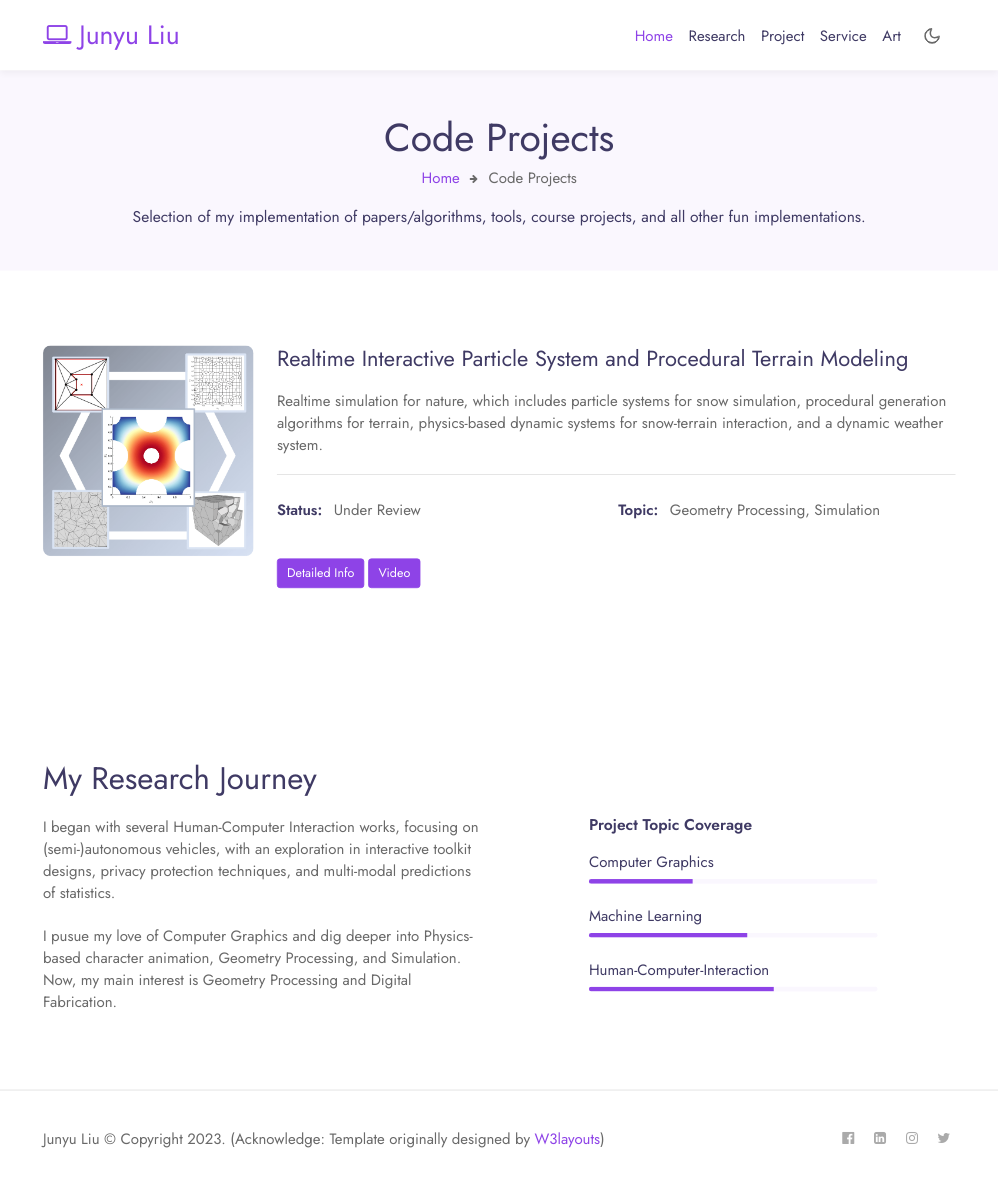
Repository: Junyu-Liu-Nate/junyu-liu-nate.github.io
Page: project.html
These files come from the project's save history. The page is drawn as it stood at one moment and after the next save; the edit follows.
The browser window is 1280 px wide. The pictures show the whole page, at 78% of full size.

Above is the page before, as saved 2024-04-10 18:03:23.
Console error: TypeError: Cannot read properties of null (reading 'classList')

### project.html
<!--
Author: Junyu Liu
Author: W3layouts
Author URL: http://w3layouts.com
-->
<!doctype html>
<html lang="en">

<head>
  <!-- Required meta tags -->
  <meta charset="utf-8">
  <meta name="viewport" content="width=device-width, initial-scale=1, shrink-to-fit=no">

  <title>Junyu Liu - Projects</title>

  <!-- google fonts -->
  <link href="//fonts.googleapis.com/css2?family=Jost:wght@300;400;600&display=swap" rel="stylesheet">

  <!-- Template CSS -->
  <link rel="stylesheet" href="assets/css/style-starter.css">
</head>

<body>
<!-- header -->
<header id="site-header" class="fixed-top">
  <div class="container">
      <nav class="navbar navbar-expand-lg stroke">
          <a class="navbar-brand" href="index.html">
              <span class="fa fa-laptop"></span> Junyu Liu
          </a>
          <!-- if logo is image enable this
      <a class="navbar-brand" href="#index.html">
          <img src="image-path" alt="Your logo" title="Your logo" style="height:35px;" />
      </a> -->
          <button class="navbar-toggler  collapsed bg-gradient" type="button" data-toggle="collapse"
              data-target="#navbarTogglerDemo02" aria-controls="navbarTogglerDemo02" aria-expanded="false"
              aria-label="Toggle navigation">
              <span class="navbar-toggler-icon fa icon-expand fa-bars"></span>
              <span class="navbar-toggler-icon fa icon-close fa-times"></span>
              </span>
          </button>

          <div class="collapse navbar-collapse" id="navbarTogglerDemo02">
            <ul class="navbar-nav ml-auto">
                <li class="nav-item active">
                    <a class="nav-link" href="index.html">Home <span class="sr-only">(current)</span></a>
                </li>
                <li class="nav-item @@research_active">
                    <a class="nav-link" href="research.html">Research</a>
                </li>
                <li class="nav-item @@project_active">
                  <a class="nav-link" href="project.html">Project</a>
                </li>
                <li class="nav-item @@service_active">
                  <a class="nav-link" href="service.html">Service</a>
                </li>
                <li class="nav-item @@art_active">
                    <a class="nav-link" href="art.html">Art</a>
                </li>
            </ul>
        </div>
          <!-- toggle switch for light and dark theme -->
          <div class="mobile-position">
              <nav class="navigation">
                  <div class="theme-switch-wrapper">
                      <label class="theme-switch" for="checkbox">
                          <input type="checkbox" id="checkbox">
                          <div class="mode-container">
                              <i class="gg-sun"></i>
                              <i class="gg-moon"></i>
                          </div>
                      </label>
                  </div>
              </nav>
          </div>
          <!-- //toggle switch for light and dark theme -->
      </nav>
  </div>
</header>
<!-- //header -->

<!-- about breadcrumb -->
<section class="w3l-about-breadcrumb text-center">
    <div class="breadcrumb-bg breadcrumb-bg-about py-sm-5 py-4">
        <div class="container py-2">
            <h2 class="title">Code Projects</h2>
            <ul class="breadcrumbs-custom-path mt-2">
                <li><a href="index.html">Home</a></li>
                <li class="active"><span class="fa fa-arrow-right mx-2" aria-hidden="true"></span> Code Projects </li>
            </ul>
            <br>
            <h5>Selection of my implementation of papers/algorithms, tools, course projects, and all other fun implementations.</h5>
        </div>
    </div>
</section>
<!-- //about breadcrumb -->

<!-- about page about section -->
<section class="w3l-aboutblock1" id="about">
    <div class="midd-w3 py-5">
        <div class="container py-lg-5 py-md-3">
              <div class="row">
                <div class="col-lg-3">
                  <div class="position-relative">
                      <img src="assets/images/project/thumnail/port-FEM-vs-VEM.png" alt="" class="radius-image img-fluid">
                  </div>
                </div>
                <div class="col-lg-9 mt-lg-0 mt-5">
                    <!-- <h5 class="title-small mb-2">Hello, I am UI/UX Designer</h5> -->
                    <h3 class="title">Realtime Interactive Particle System and Procedural Terrain Modeling</h3>
                    <p class="mt-4">
                      Realtime simulation for nature, which includes particle systems for snow simulation, procedural generation algorithms for terrain, physics-based dynamic systems for snow-terrain interaction, and a dynamic weather system.
                    </p>
                    <!-- <p class="mt-4">Proposed, developed and validated the first formalization method of Feint actions, the Palindrome-directed Generation of Feint. Designed and developed an automatic Feint generation model, FeintNet, to incorporate action-level policy designs with the formalization, enabling the effectiveness of Feint in multi-agent scenarios. The experiment results show that Feint actions brings overall benefits and introduce a great extent of diversity in Multi-Player Games.</p> -->
                    <div class="my-info mt-4">
                        <div class="single-info"><span>Status:</span>
                            <p>Under Review</p>
                        </div>
                        <div class="single-info"><span>Topic:</span>
                          <p>Geometry Processing, Simulation</p>
                        </div>
                    </div>
                    <div class="mt-sm-5 mt-4">
                      <a href="projects/Polygedral.html" class="btn btn-primary">Detailed Info</a>
                      <a href="https://youtu.be/e83U_-0MTHk" class="btn btn-primary">Video</a>
                      <!-- <a href="#download" class="btn btn-primary">Paper</a> -->
                      <!-- <a href="#download" class="btn btn-primary">Code</a> -->
                      <!-- <a href="#download" class="btn btn-primary">Video</a> -->
                    </div>
                    <!-- <div class="my-social mt-lg-3 mt-4">
                        <a href="#download" class="btn btn-style btn-primary">Detailed Info</a>
                        <ul class="social m-0 p-0">
                            <a href="#download" class="btn btn-outline-primary btn-style mr-2">Website</a>
                            <a href="#download" class="btn btn-outline-primary btn-style mr-2">Paper</a>
                            <a href="#download" class="btn btn-outline-primary btn-style mr-2">Code</a>
                        </ul>
                    </div> -->
                </div>
            </div>

            <!-- <p><br>-----------------------------------------------------------------------------------------------------------------------------------------------------------------------------------<br><br></p> -->
            <p><br></p>

        </div>
    </div>
</section>
<!-- //about page about section -->

<!-- about page third section -->
<section class="w3l-content-6 py-5">
    <div class="content-6-mian py-lg-5 py-md-4">
        <div class="container">
            <div class="content-info-in row">
                <div class="content-gd col-lg-6">
                    <h3 class="title-big mb-4">My Research Journey</h3>
                    <p>
                      I began with several Human-Computer Interaction works, focusing on (semi-)autonomous vehicles, with an exploration in interactive toolkit designs, privacy protection techniques, and multi-modal predictions of statistics.
                      <br><br>

                      I pusue my love of Computer Graphics and dig deeper into Physics-based character animation, Geometry Processing, and Simulation. Now, my main interest is Geometry Processing and Digital Fabrication.
                    </p>
                </div>
                <div class="content-gd col-lg-4 offset-lg-1">
                    <br><br><br>
                    <h5><b>Project Topic Coverage</b></h5><br>
                    <div class="progress-info">
                        <h6 class="progress-tittle">Computer Graphics</h6>
                        <div class="progress">
                            <div class="progress-bar progress-bar-striped" role="progressbar" style="width: 36%"
                                aria-valuenow="36" aria-valuemin="0" aria-valuemax="100">
                            </div>
                        </div>
                    </div>
                    <div class="progress-info">
                        <h6 class="progress-tittle">Machine Learning
                        </h6>
                        <div class="progress">
                            <div class="progress-bar progress-bar-striped" role="progressbar" style="width: 55%"
                                aria-valuenow="55" aria-valuemin="0" aria-valuemax="100">
                            </div>
                        </div>
                    </div>
                    <div class="progress-info">
                        <h6 class="progress-tittle">Human-Computer-Interaction</h6>
                        <div class="progress">
                            <div class="progress-bar progress-bar-striped" role="progressbar" style="width: 64%"
                                aria-valuenow="64" aria-valuemin="0" aria-valuemax="100">
                            </div>
                        </div>
                    </div>
                </div>
            </div>
        </div>
    </div>
</section>
<!-- about page third section -->

<!-- Footer -->
<section class="w3l-footer py-sm-5 py-4">
  <div class="container">
    <div class="footer-content">
      <div class="row">
        <div class="col-lg-8 footer-left">
          <p class="m-0">Junyu Liu © Copyright 2023. (Acknowledge: Template originally designed by <a href="https://w3layouts.com">W3layouts</a>)</p>
        </div>
        <div class="col-lg-4 footer-right text-lg-right text-center mt-lg-0 mt-3">
          <ul class="social m-0 p-0">
            <li><a href="#facebook"><span class="fa fa-facebook-official"></span></a></li>
            <li><a href="#linkedin"><span class="fa fa-linkedin-square"></span></a></li>
            <li><a href="#instagram"><span class="fa fa-instagram"></span></a></li>
            <li><a href="#twitter"><span class="fa fa-twitter"></span></a></li>
          </ul>
        </div>
      </div>
    </div>
  </div>

  <!-- move top -->
  <button onclick="topFunction()" id="movetop" title="Go to top">
    <span class="fa fa-angle-up"></span>
  </button>
  <script>
    // When the user scrolls down 20px from the top of the document, show the button
    window.onscroll = function () {
      scrollFunction()
    };

    function scrollFunction() {
      if (document.body.scrollTop > 20 || document.documentElement.scrollTop > 20) {
        document.getElementById("movetop").style.display = "block";
      } else {
        document.getElementById("movetop").style.display = "none";
      }
    }

    // When the user clicks on the button, scroll to the top of the document
    function topFunction() {
      document.body.scrollTop = 0;
      document.documentElement.scrollTop = 0;
    }
  </script>
  <!-- /move top -->
</section>
<!-- //Footer -->

<!-- all js scripts and files here -->

<script src="assets/js/theme-change.js"></script><!-- theme switch js (light and dark)-->

<script src="assets/js/jquery-3.3.1.min.js"></script><!-- default jQuery -->

<!-- /typig-text-->
<script>
  const typedTextSpan = document.querySelector(".typed-text");
  const cursorSpan = document.querySelector(".cursor");

  const textArray = ["UI/UX Designer", "Freelancer", "Web developer"];
  const typingDelay = 200;
  const erasingDelay = 10;
  const newTextDelay = 100; // Delay between current and next text
  let textArrayIndex = 0;
  let charIndex = 0;

  function type() {
    if (charIndex < textArray[textArrayIndex].length) {
      if (!cursorSpan.classList.contains("typing")) cursorSpan.classList.add("typing");
      typedTextSpan.textContent += textArray[textArrayIndex].charAt(charIndex);
      charIndex++;
      setTimeout(type, typingDelay);
    } else {
      cursorSpan.classList.remove("typing");
      setTimeout(erase, newTextDelay);
    }
  }

  function erase() {
    if (charIndex > 0) {
      // add class 'typing' if there's none
      if (!cursorSpan.classList.contains("typing")) {
        cursorSpan.classList.add("typing");
      }
      typedTextSpan.textContent = textArray[textArrayIndex].substring(0, 0);
      charIndex--;
      setTimeout(erase, erasingDelay);
    } else {
      cursorSpan.classList.remove("typing");
      textArrayIndex++;
      if (textArrayIndex >= textArray.length) textArrayIndex = 0;
      setTimeout(type, typingDelay);
    }
  }

  document.addEventListener("DOMContentLoaded", function () { // On DOM Load initiate the effect
    if (textArray.length) setTimeout(type, newTextDelay + 250);
  });
</script>
<!-- //typig-text-->

<!-- services owlcarousel -->
<script src="assets/js/owl.carousel.js"></script>

<!-- script for services -->
<script>
  $(document).ready(function () {
    $('.owl-two').owlCarousel({
      loop: true,
      margin: 30,
      nav: false,
      responsiveClass: true,
      autoplay: false,
      autoplayTimeout: 5000,
      autoplaySpeed: 1000,
      autoplayHoverPause: false,
      responsive: {
        0: {
          items: 1,
          nav: false
        },
        480: {
          items: 1,
          nav: false
        },
        700: {
          items: 1,
          nav: false
        },
        1090: {
          items: 3,
          nav: false
        }
      }
    })
  })
</script>
<!-- //script for services -->

<!-- script for tesimonials carousel slider -->
<script>
  $(document).ready(function () {
    $("#owl-demo1").owlCarousel({
      loop: true,
      margin: 20,
      nav: false,
      responsiveClass: true,
      responsive: {
        0: {
          items: 1,
          nav: false
        },
        736: {
          items: 1,
          nav: false
        },
        1000: {
          items: 2,
          nav: false,
          loop: false
        }
      }
    })
  })
</script>
<!-- //script for tesimonials carousel slider -->

<!-- video popup -->
<script src="assets/js/jquery.magnific-popup.min.js"></script>
<script>
  $(document).ready(function () {
    $('.popup-with-zoom-anim').magnificPopup({
      type: 'inline',

      fixedContentPos: false,
      fixedBgPos: true,

      overflowY: 'auto',

      closeBtnInside: true,
      preloader: false,

      midClick: true,
      removalDelay: 300,
      mainClass: 'my-mfp-zoom-in'
    });

    $('.popup-with-move-anim').magnificPopup({
      type: 'inline',

      fixedContentPos: false,
      fixedBgPos: true,

      overflowY: 'auto',

      closeBtnInside: true,
      preloader: false,

      midClick: true,
      removalDelay: 300,
      mainClass: 'my-mfp-slide-bottom'
    });
  });
</script>
<!-- //video popup -->

<!-- stats number counter-->
<script src="assets/js/jquery.waypoints.min.js"></script>
<script src="assets/js/jquery.countup.js"></script>
<script>
  $('.counter').countUp();
</script>
<!-- //stats number counter -->

<!-- disable body scroll which navbar is in active -->
<script>
  $(function () {
    $('.navbar-toggler').click(function () {
      $('body').toggleClass('noscroll');
    })
  });
</script>
<!-- disable body scroll which navbar is in active -->

<!--/MENU-JS-->
<script>
  $(window).on("scroll", function () {
    var scroll = $(window).scrollTop();

    if (scroll >= 80) {
      $("#site-header").addClass("nav-fixed");
    } else {
      $("#site-header").removeClass("nav-fixed");
    }
  });

  //Main navigation Active Class Add Remove
  $(".navbar-toggler").on("click", function () {
    $("header").toggleClass("active");
  });
  $(document).on("ready", function () {
    if ($(window).width() > 991) {
      $("header").removeClass("active");
    }
    $(window).on("resize", function () {
      if ($(window).width() > 991) {
        $("header").removeClass("active");
      }
    });
  });
</script>
<!--//MENU-JS-->

<!-- bootstrap js -->
<script src="assets/js/bootstrap.min.js"></script>

</body>

</html>

Loaded but not shown: assets/css/style-starter.css (library); assets/js/theme-change.js (common file); assets/js/jquery-3.3.1.min.js (library); assets/js/owl.carousel.js (library); assets/js/jquery.magnific-popup.min.js (library); assets/js/jquery.waypoints.min.js (library); assets/js/jquery.countup.js (common file); assets/js/bootstrap.min.js (library)

After the next save:
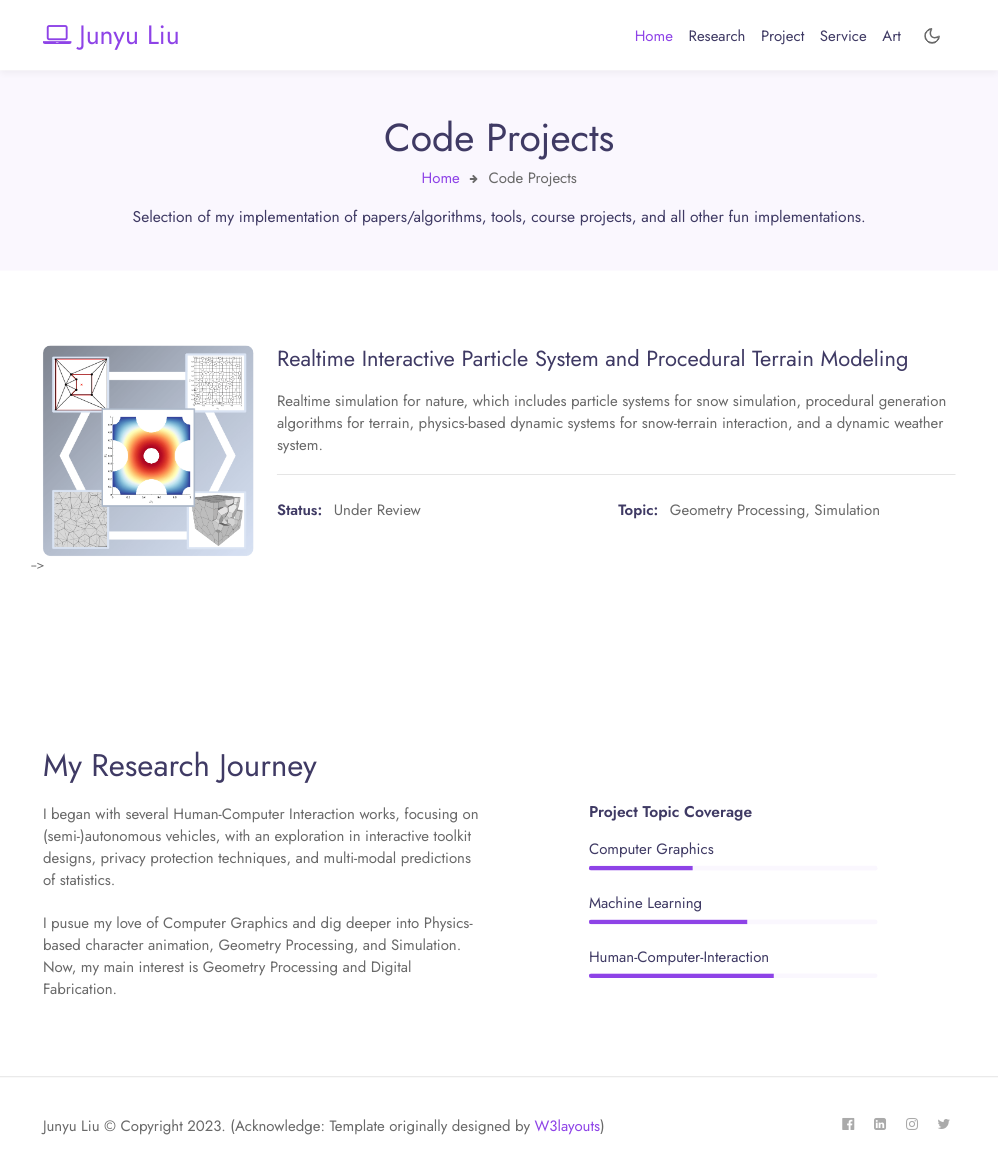
Saved 44 s later.
--- a/project.html
+++ b/project.html
@@ -120,13 +120,13 @@
                           <p>Geometry Processing, Simulation</p>
                         </div>
                     </div>
-                    <div class="mt-sm-5 mt-4">
+                    <!-- <div class="mt-sm-5 mt-4">
                       <a href="projects/Polygedral.html" class="btn btn-primary">Detailed Info</a>
                       <a href="https://youtu.be/e83U_-0MTHk" class="btn btn-primary">Video</a>
                       <!-- <a href="#download" class="btn btn-primary">Paper</a> -->
                       <!-- <a href="#download" class="btn btn-primary">Code</a> -->
                       <!-- <a href="#download" class="btn btn-primary">Video</a> -->
-                    </div>
+                    </div> -->
                     <!-- <div class="my-social mt-lg-3 mt-4">
                         <a href="#download" class="btn btn-style btn-primary">Detailed Info</a>
                         <ul class="social m-0 p-0">

After the save that followed:
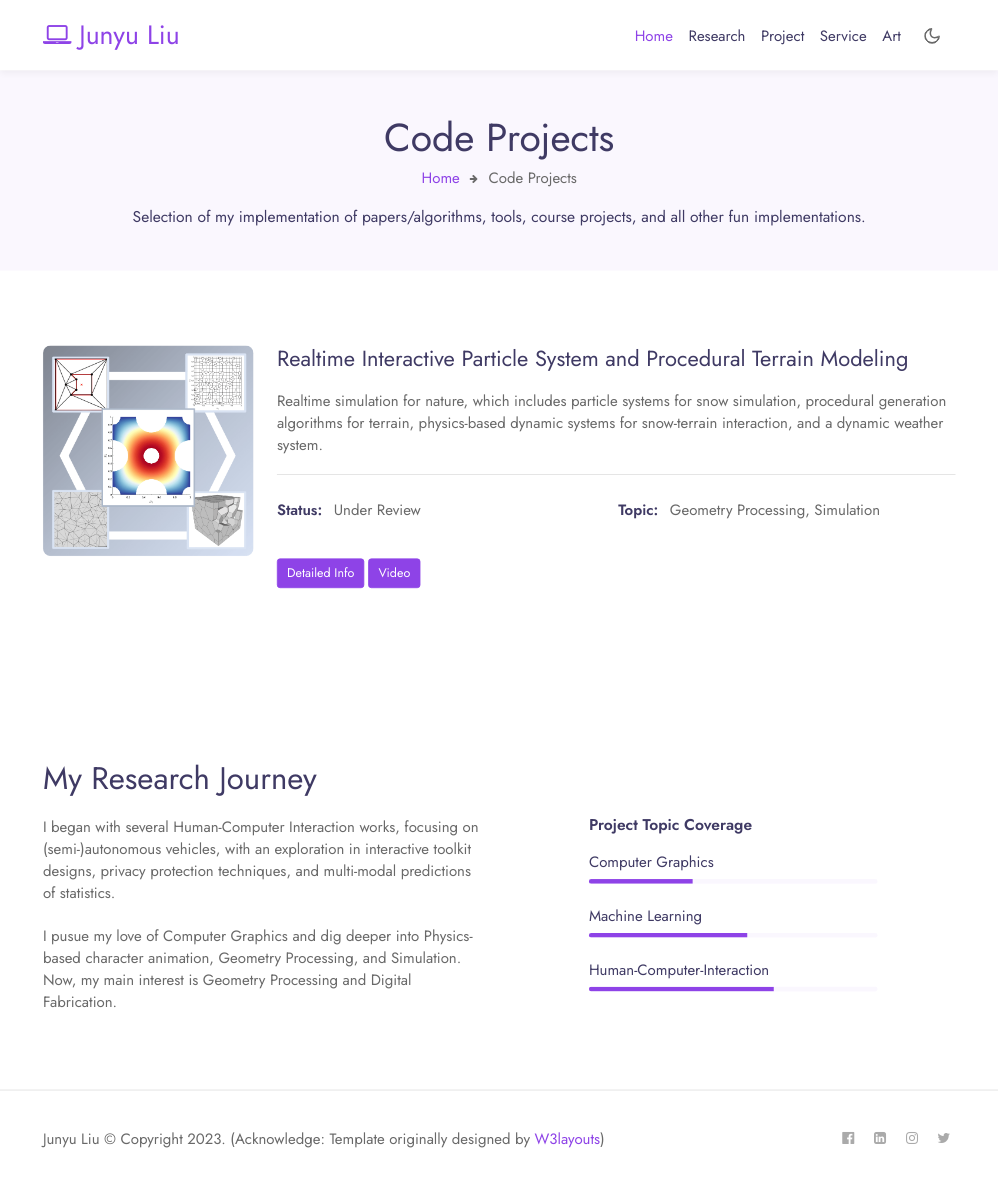
Saved 10 s later.
--- a/project.html
+++ b/project.html
@@ -120,13 +120,13 @@
                           <p>Geometry Processing, Simulation</p>
                         </div>
                     </div>
-                    <!-- <div class="mt-sm-5 mt-4">
+                    <div class="mt-sm-5 mt-4">
                       <a href="projects/Polygedral.html" class="btn btn-primary">Detailed Info</a>
                       <a href="https://youtu.be/e83U_-0MTHk" class="btn btn-primary">Video</a>
                       <!-- <a href="#download" class="btn btn-primary">Paper</a> -->
                       <!-- <a href="#download" class="btn btn-primary">Code</a> -->
                       <!-- <a href="#download" class="btn btn-primary">Video</a> -->
-                    </div> -->
+                    </div>
                     <!-- <div class="my-social mt-lg-3 mt-4">
                         <a href="#download" class="btn btn-style btn-primary">Detailed Info</a>
                         <ul class="social m-0 p-0">
